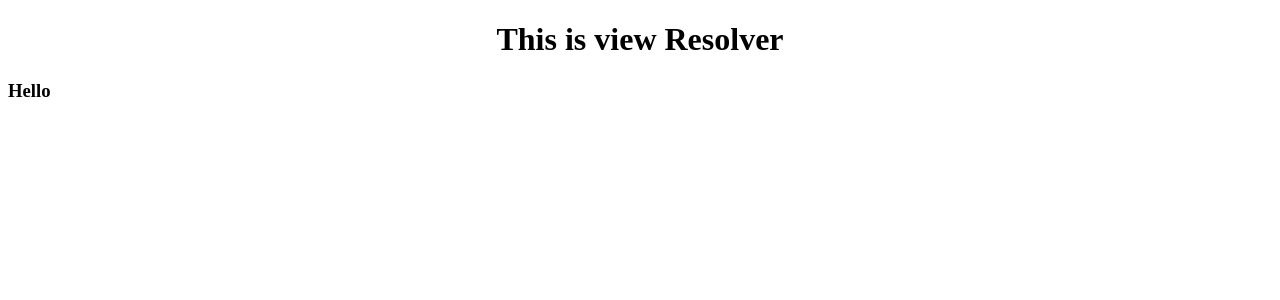
Repository: ankitajoshi060/Spring-MVC
Page: http://localhost/ViewResolverXmlConfiguration/show
These files come from the project's save history. The page is drawn as it stood at one moment and after the next save; the edit follows.
The browser window is 1280 px wide. The pictures show the whole page.
The page is served by Tomcat 9.

Above is the page before, as saved 2024-01-22 06:04:21.

### ViewResolverXmlConfiguration/src/main/webapp/WEB-INF/spring-dispatcher-servlet.xml
<?xml version="1.0" encoding="UTF-8"?>
<beans xmlns="http://www.springframework.org/schema/beans"
	xmlns:xsi="http://www.w3.org/2001/XMLSchema-instance"
	xmlns:context="http://www.springframework.org/schema/context"
	xmlns:mvc="http://www.springframework.org/schema/mvc"
	xsi:schemaLocation="
        http://www.springframework.org/schema/beans
        http://www.springframework.org/schema/beans/spring-beans.xsd
        http://www.springframework.org/schema/context
        http://www.springframework.org/schema/context/spring-context.xsd
        http://www.springframework.org/schema/mvc
        http://www.springframework.org/schema/mvc/spring-mvc.xsd">

        <context:annotation-config/>
        <context:component-scan base-package="com.springmvc.controller"/>
        <bean id="viewResolver" class="org.springframework.web.servlet.view.InternalResourceViewResolver">
        	<property name="prefix" value="/WEB-INF/views/"></property>
        	<property name="suffix" value=".jsp"></property>
        </bean>
        </beans>

### ViewResolverXmlConfiguration/src/main/webapp/WEB-INF/views/demo.jsp
<%@ page language="java" contentType="text/html; charset=ISO-8859-1"
    pageEncoding="ISO-8859-1"%>
    <%@ page isELIgnored="false" %>
<!DOCTYPE html>
<html>
<head>
<meta charset="ISO-8859-1">
<title>Insert title here</title>
</head>
<body>
<h1 align="center">This is view Resolver </h1>
<h3>Hello ${myNmae}</h3>
</body>
</html>

### ViewResolverXmlConfiguration/src/main/java/com/springmvc/controller/DemoController.java
package com.springmvc.controller;

import org.springframework.stereotype.Controller;
import org.springframework.ui.Model;
import org.springframework.web.bind.annotation.RequestMapping;

@Controller
public class DemoController {

	@RequestMapping("/show")
	public String showView(Model model ) {
		String name = "Mark";
		model.addAttribute("myName", name);

		return "demo";
	}

}

After the next save:
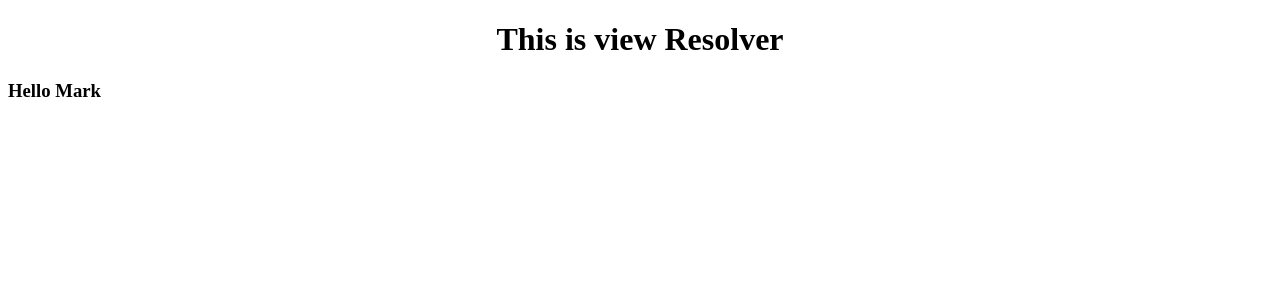
Saved 56 s later.
--- a/ViewResolverXmlConfiguration/src/main/webapp/WEB-INF/views/demo.jsp
+++ b/ViewResolverXmlConfiguration/src/main/webapp/WEB-INF/views/demo.jsp
@@ -9,6 +9,6 @@
 </head>
 <body>
 <h1 align="center">This is view Resolver </h1>
-<h3>Hello ${myNmae}</h3>
+<h3>Hello ${myName}</h3>
 </body>
 </html>
